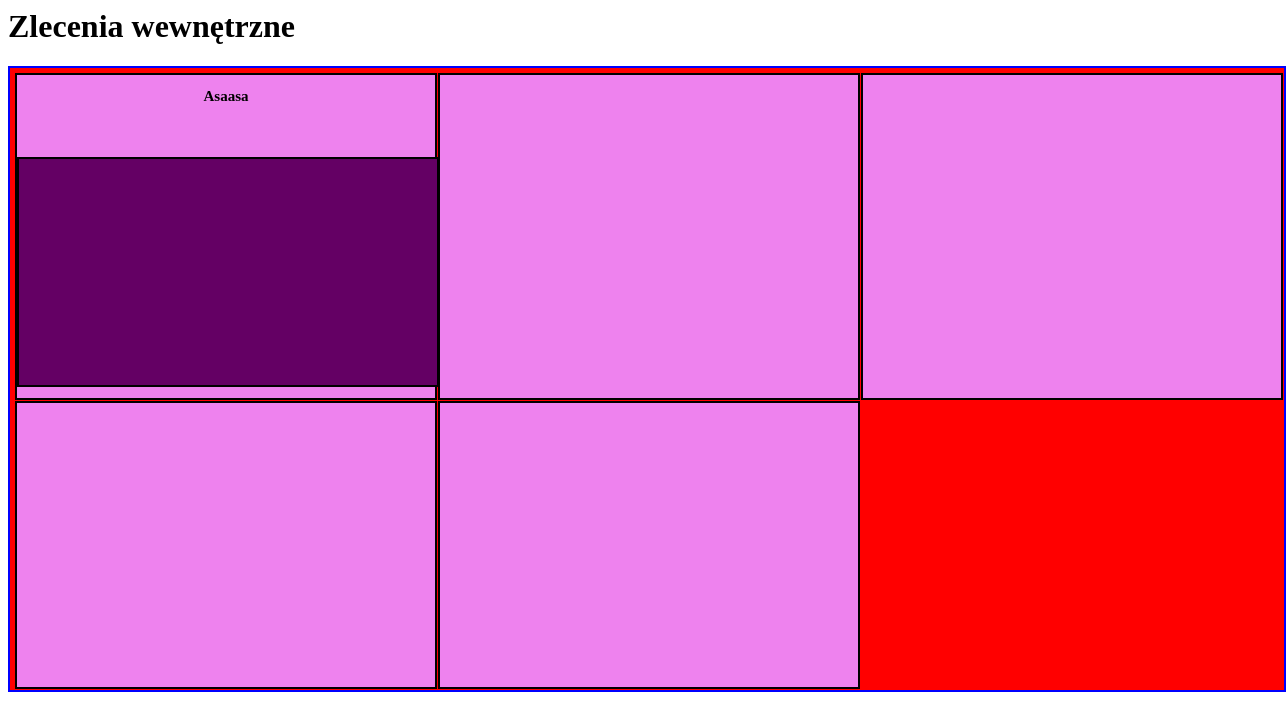
Repository: emdes515/EHpanel
Page: html/dashboardZleceniaWewnetrzne.html
The author's editor kept a copy of each file at every save. The page is drawn from the files as they stood at one save, then again after the next save.
The browser window is 1280 px wide. The page is 1286 px wide, so the pictures cover 1286 px, including what lies to the right of the window. The pictures show the whole page.

Above is the page before, as saved 2024-04-18 09:07:15.

### html/dashboardZleceniaWewnetrzne.html
<style>
	h2 {
		font-size: 15px;
		margin-bottom: 5px;
		height: 20%;
		text-align: center;
	}

	.gridWrapper {
		display: grid;
		grid-template-columns: 1fr 1fr 1fr;
		width: 100%;
		height: 85vh;
		padding: 5px;
		gap: 5px;
		border: 2px solid blue;
		background-color: red;
	}

	.element {
		background-color: violet;
		width: 100%;
		height: 100%;
		border: 2px solid black;
	}

	.elementPulpit {
		background-color: rgb(100, 0, 100);
		width: 100%;
		height: 70%;
		border: 2px solid black;
	}
</style>

<h1 class="text-center w-100">Zlecenia wewnętrzne</h1>

<div class="gridWrapper">
	<div class="element">
		<h2>Asaasa</h2>
		<div class="elementPulpit"></div>
	</div>
	<div class="element"></div>
	<div class="element"></div>
	<div class="element"></div>
	<div class="element"></div>
</div>

<!-- <div
	class="d-grid container-fluid text-center"
	style="height: 90%">
	<div class="row">
		<div
			class="col border-primary"
			id="dashboardZleceniaWewnetrzneDzialyZglaszajace">
			<h2 style="height: 10%">Działy zgłaszające</h2>
			<div id="dashboardZleceniaWewnetrzneDzialyZglaszajacePulpit"></div>
		</div>

		<div
			class="col border-primary"
			id="dashboardZleceniaWewnetrzneRodzajeWnioskowanejPracy">
			<h2 style="height: 10%">Rodzaje wnioskowanej parcy</h2>
			<div id="dashboardZleceniaWewnetrzneRodzajeWnioskowanejPracyPulpit"></div>
		</div>

		<div
			class="col border-primary"
			id="dashboardZleceniaWewnetrzneRodzajeZalaczanychDokumentow">
			<h2 style="height: 10%">Rodzaje zalączanych dokumentów</h2>
			<div id="dashboardZleceniaWewnetrzneRodzajeZalaczanychDokumentowPulpit"></div>
		</div>
	</div>

	<div class="row">
		<div
			class="col-4"
			id="dashboardZleceniaWewnetrzneRynki">
			<h2 style="height: 10%">Wewnętrze rynki</h2>
			<div id="dashboardZleceniaWewnetrzneRynkiPulpit"></div>
		</div>

		<div
			class="col-4"
			id="dashboardZleceniaWewnetrzneTypyWnioskow">
			<h2 style="height: 15%">Wewnetrzne typy wniosków</h2>
			<div id="dashboardZleceniaWewnetrzneTypyWnioskowPulpit"></div>
		</div>
	</div>

	<script
		type="text/javascript"
		src="js/dashboardZleceniaWewnetrzne.js"></script>
</div> -->

After the next save:
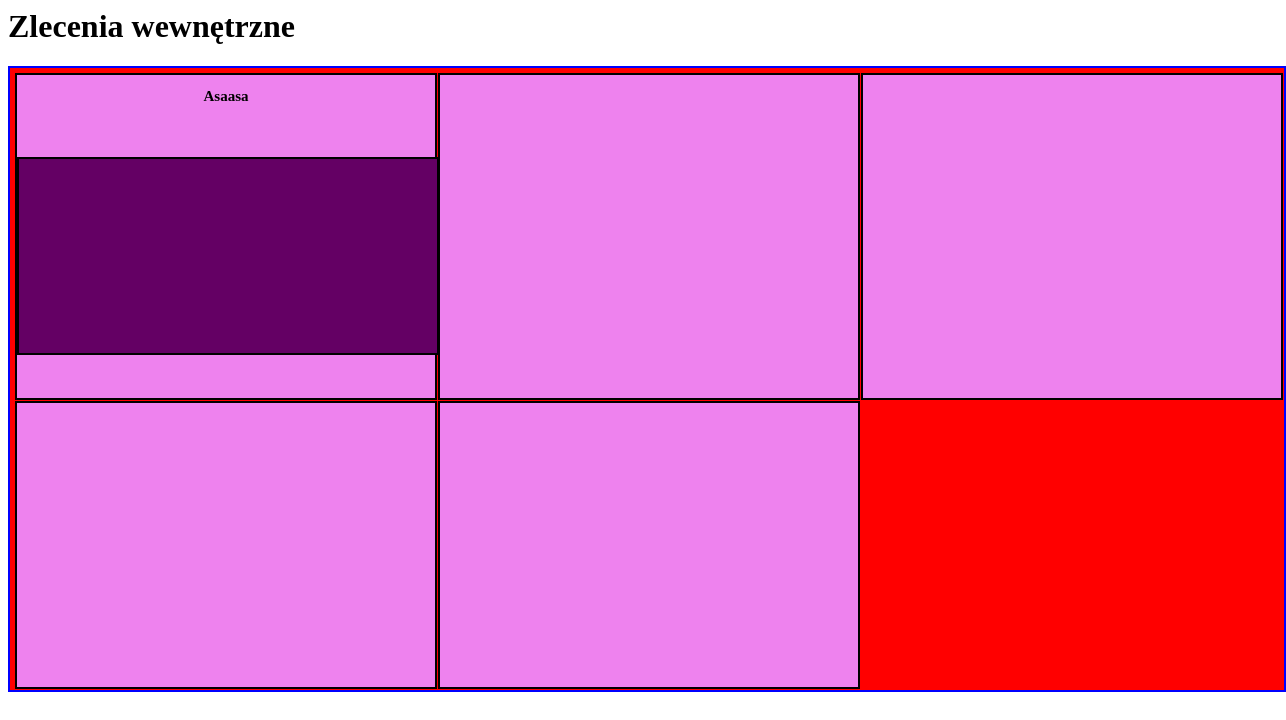
Saved 5 s later.
--- a/html/dashboardZleceniaWewnetrzne.html
+++ b/html/dashboardZleceniaWewnetrzne.html
@@ -27,7 +27,7 @@
 	.elementPulpit {
 		background-color: rgb(100, 0, 100);
 		width: 100%;
-		height: 70%;
+		height: 60%;
 		border: 2px solid black;
 	}
 </style>
